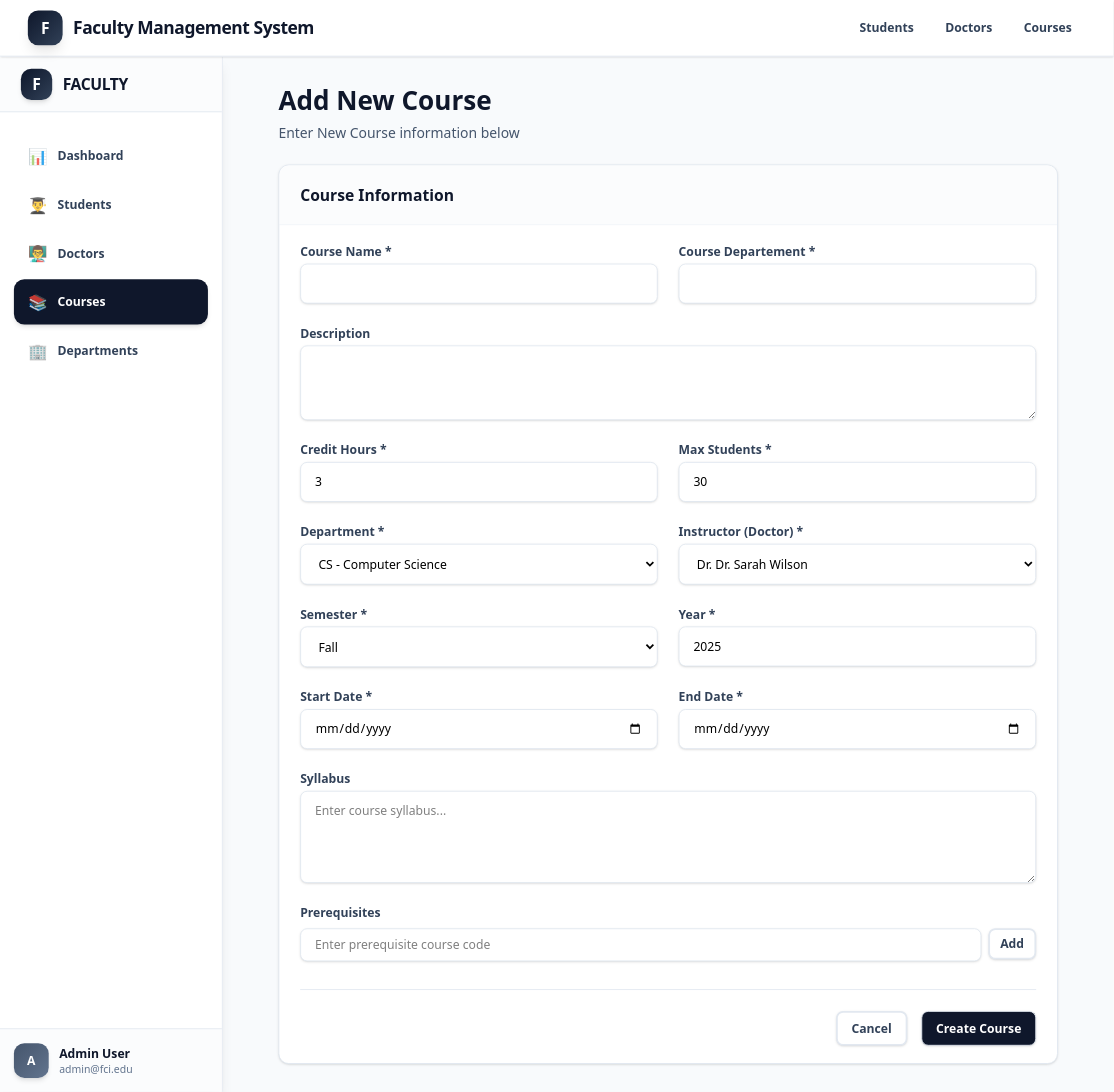
Repository: Mohamedmohsen179/Advanced-DB-Task
Page: /courses/new (app in frontend/)
The author's editor kept a copy of each file at every save. The page is drawn from the files as they stood at one save, then again after the next save.
The browser window is 1280 px wide. The pictures show the whole page, at 87% of full size.
The project was rebuilt for these pictures with package versions that can differ from the ones it lists, and the page was loaded fresh each time. The framework's server and built-in components were replaced by stand-ins that run in the browser. Settings that the repository does not hold, such as keys and server addresses, were given made-up values. Also part of the build but not shown: frontend/next.config.ts.

Above is the page before, as saved 2025-11-29 01:41:20.

### frontend/app/layout.tsx
import type { Metadata } from "next";
import { Geist, Geist_Mono } from "next/font/google";
import "./globals.css";
import MainLayout from "../components/layout/MainLayout";

const geistSans = Geist({
  variable: "--font-geist-sans",
  subsets: ["latin"],
});

const geistMono = Geist_Mono({
  variable: "--font-geist-mono",
  subsets: ["latin"],
});

export const metadata: Metadata = {
  title: "University Management System",
  description: "A comprehensive university management system built with Next.js and TypeScript",
};

export default function RootLayout({
  children,
}: Readonly<{
  children: React.ReactNode;
}>) {
  return (
    <html lang="en">
      <body
        className={`${geistSans.variable} ${geistMono.variable} antialiased`}
      >
        <MainLayout>{children}</MainLayout>
      </body>
    </html>
  );
}

### frontend/app/courses/new/page.tsx
'use client';

import { useState, useEffect } from 'react';
import { useRouter } from 'next/navigation';
import { CreateCourseRequest } from '../../../types';
import { apiService } from '../../../services/api';
import { Card, CardContent, CardHeader } from '../../../components/ui/Card';
import Button from '../../../components/ui/Button';

export default function NewCoursePage() {
  const router = useRouter();
  const [loading, setLoading] = useState(false);
  const [error, setError] = useState<string | null>(null);
  const [departments, setDepartments] = useState<{ id: string; name: string; code: string }[]>([]);
  const [doctors, setDoctors] = useState<{ id: string; firstName: string; lastName: string }[]>([]);

  const [formData, setFormData] = useState<CreateCourseRequest>({
    name: '',
    code: '',
    description: '',
    credits: 3,
    departmentId: '',
    instructorId: '',
    semester: 'fall',
    year: new Date().getFullYear(),
    maxStudents: 30,
    prerequisites: [],
    syllabus: '',
    startDate: '',
    endDate: '',
  });

  const [prerequisiteInput, setPrerequisiteInput] = useState('');

  useEffect(() => {
    loadDepartments();
    loadDoctors();
  }, []);

  const loadDepartments = async () => {
    try {
      const response = await apiService.getDepartments();
      if (response.success && response.data.length > 0) {
        setDepartments(response.data.map(d => ({ id: d.id, name: d.name, code: d.code })));
        if (!formData.departmentId) {
          setFormData(prev => ({ ...prev, departmentId: response.data[0].id }));
        }
      }
    } catch (err) {
      console.error('Error loading departments:', err);
    }
  };

  const loadDoctors = async () => {
    try {
      const response = await apiService.getDoctors();
      if (response.success && response.data.length > 0) {
        setDoctors(response.data.map(d => ({ id: d.id, firstName: d.firstName, lastName: d.lastName })));
        if (!formData.instructorId) {
          setFormData(prev => ({ ...prev, instructorId: response.data[0].id }));
        }
      }
    } catch (err) {
      console.error('Error loading doctors:', err);
    }
  };

  const handleInputChange = (e: React.ChangeEvent<HTMLInputElement | HTMLSelectElement | HTMLTextAreaElement>) => {
    const { name, value } = e.target;
    setFormData(prev => ({
      ...prev,
      [name]: name === 'credits' || name === 'year' || name === 'maxStudents'
        ? parseInt(value) || 0
        : value,
    }));
  };

  const addPrerequisite = () => {
    if (prerequisiteInput.trim()) {
      setFormData(prev => ({
        ...prev,
        prerequisites: [...(prev.prerequisites || []), prerequisiteInput.trim()],
      }));
      setPrerequisiteInput('');
    }
  };

  const removePrerequisite = (index: number) => {
    setFormData(prev => ({
      ...prev,
      prerequisites: prev.prerequisites?.filter((_, i) => i !== index) || [],
    }));
  };

  const handleSubmit = async (e: React.FormEvent) => {
    e.preventDefault();
    setLoading(true);
    setError(null);

    try {
      const response = await apiService.createCourse(formData);

      if (response.success) {
        router.push('/courses');
      } else {
        setError('Failed to create course');
      }
    } catch (err) {
      setError('An error occurred while creating the course');
      console.error('Error creating course:', err);
    } finally {
      setLoading(false);
    }
  };

  return (
    <div className="max-w-4xl mx-auto">
      <div className="mb-6">
        <h1 className="text-3xl font-bold text-slate-900">Add New Course</h1>
        <p className="mt-2 text-base text-slate-600">
          Enter New Course information below
        </p>
      </div>

      {error && (
        <div className="mb-6 bg-red-50 border border-red-200 rounded-md p-4">
          <div className="flex">
            <div className="flex-shrink-0">
              <svg className="h-5 w-5 text-red-400" viewBox="0 0 20 20" fill="currentColor">
                <path fillRule="evenodd" d="M10 18a8 8 0 100-16 8 8 0 000 16zM8.707 7.293a1 1 0 00-1.414 1.414L8.586 10l-1.293 1.293a1 1 0 101.414 1.414L10 11.414l1.293 1.293a1 1 0 001.414-1.414L11.414 10l1.293-1.293a1 1 0 00-1.414-1.414L10 8.586 8.707 7.293z" clipRule="evenodd" />
              </svg>
            </div>
            <div className="ml-3">
              <h3 className="text-sm font-medium text-red-800">Error</h3>
              <div className="mt-2 text-sm text-red-700">
                <p>{error}</p>
              </div>
            </div>
          </div>
        </div>
      )}

      <Card>
        <CardHeader>
          <h2 className="text-lg font-semibold text-slate-900">Course Information</h2>
        </CardHeader>
        <CardContent>
          <form onSubmit={handleSubmit} className="space-y-6">
            <div className="grid grid-cols-1 md:grid-cols-2 gap-6">
              <div>
                <label htmlFor="name" className="block text-sm font-semibold text-slate-700">
                  Course Name *
                </label>
                <input
                  type="text"
                  id="name"
                  name="name"
                  required
                  value={formData.name}
                  onChange={handleInputChange}
                  className="text-black mt-1 block w-full border border-slate-300 rounded-lg px-4 py-3 text-sm focus:outline-none focus:ring-2 focus:ring-slate-500 focus:border-slate-500 transition-all duration-200 bg-white shadow-sm"
                />
              </div>

              <div>
                <label htmlFor="code" className="block text-sm font-semibold text-slate-700">
                  Course Departement *
                </label>
                <input
                  type="text"
                  id="code"
                  name="code"
                  required
                  value={formData.code}
                  onChange={handleInputChange}
                  className="text-black mt-1 block w-full border border-slate-300 rounded-lg px-4 py-3 text-sm focus:outline-none focus:ring-2 focus:ring-slate-500 focus:border-slate-500 transition-all duration-200 bg-white shadow-sm"
                />
              </div>

              <div className="md:col-span-2">
                <label htmlFor="description" className="block text-sm font-semibold text-slate-700">
                  Description
                </label>
                <textarea
                  id="description"
                  name="description"
                  rows={3}
                  value={formData.description}
                  onChange={handleInputChange}
                  className="text-black mt-1 block w-full border border-slate-300 rounded-lg px-4 py-3 text-sm focus:outline-none focus:ring-2 focus:ring-slate-500 focus:border-slate-500 transition-all duration-200 bg-white shadow-sm"
                />
              </div>

              <div>
                <label htmlFor="credits" className="block text-sm font-semibold text-slate-700">
                  Credit Hours *
                </label>
                <input
                  type="number"
                  id="credits"
                  name="credits"
                  required
                  min="1"
                  max="6"
                  value={formData.credits}
                  onChange={handleInputChange}
                  className="text-black mt-1 block w-full border border-slate-300 rounded-lg px-4 py-3 text-sm focus:outline-none focus:ring-2 focus:ring-slate-500 focus:border-slate-500 transition-all duration-200 bg-white shadow-sm"
                />
              </div>

              <div>
                <label htmlFor="maxStudents" className="block text-sm font-semibold text-slate-700">
                  Max Students *
                </label>
                <input
                  type="number"
                  id="maxStudents"
                  name="maxStudents"
                  required
                  min="1"
                  value={formData.maxStudents}
                  onChange={handleInputChange}
                  className="text-black mt-1 block w-full border border-slate-300 rounded-lg px-4 py-3 text-sm focus:outline-none focus:ring-2 focus:ring-slate-500 focus:border-slate-500 transition-all duration-200 bg-white shadow-sm"
                />
              </div>

              <div>
                <label htmlFor="departmentId" className="block text-sm font-semibold text-slate-700">
                  Department *
                </label>
                <select
                  id="departmentId"
                  name="departmentId"
                  required
                  value={formData.departmentId}
                  onChange={handleInputChange}
                  className="text-black mt-1 block w-full border border-slate-300 rounded-lg px-4 py-3 text-sm focus:outline-none focus:ring-2 focus:ring-slate-500 focus:border-slate-500 transition-all duration-200 bg-white shadow-sm"
                >
                  <option value="">Select Department</option>
                  {departments.map(dept => (
                    <option key={dept.id} value={dept.id}>
                      {dept.code} - {dept.name}
                    </option>
                  ))}
                </select>
              </div>

              <div>
                <label htmlFor="instructorId" className="block text-sm font-semibold text-slate-700">
                  Instructor (Doctor) *
                </label>
                <select
                  id="instructorId"
                  name="instructorId"
                  required
                  value={formData.instructorId}
                  onChange={handleInputChange}
                  className="text-black mt-1 block w-full border border-slate-300 rounded-lg px-4 py-3 text-sm focus:outline-none focus:ring-2 focus:ring-slate-500 focus:border-slate-500 transition-all duration-200 bg-white shadow-sm"
                >
                  <option value="">Select Instructor</option>
                  {doctors.map(doctor => (
                    <option key={doctor.id} value={doctor.id}>
                      Dr. {doctor.firstName} {doctor.lastName}
                    </option>
                  ))}
                </select>
              </div>

              <div>
                <label htmlFor="semester" className="block text-sm font-semibold text-slate-700">
                  Semester *
                </label>
                <select
                  id="semester"
                  name="semester"
                  required
                  value={formData.semester}
                  onChange={handleInputChange}
                  className="text-black mt-1 block w-full border border-slate-300 rounded-lg px-4 py-3 text-sm focus:outline-none focus:ring-2 focus:ring-slate-500 focus:border-slate-500 transition-all duration-200 bg-white shadow-sm"
                >
                  <option value="fall">Fall</option>
                  <option value="spring">Spring</option>
                  <option value="summer">Summer</option>
                  <option value="winter">Winter</option>
                </select>
              </div>

              <div>
                <label htmlFor="year" className="block text-sm font-semibold text-slate-700">
                  Year *
                </label>
                <input
                  type="number"
                  id="year"
                  name="year"
                  required
                  min="2020"
                  max="2030"
                  value={formData.year}
                  onChange={handleInputChange}
                  className="text-black mt-1 block w-full border border-slate-300 rounded-lg px-4 py-3 text-sm focus:outline-none focus:ring-2 focus:ring-slate-500 focus:border-slate-500 transition-all duration-200 bg-white shadow-sm"
                />
              </div>

              <div>
                <label htmlFor="startDate" className="block text-sm font-semibold text-slate-700">
                  Start Date *
                </label>
                <input
                  type="date"
                  id="startDate"
                  name="startDate"
                  required
                  value={formData.startDate}
                  onChange={handleInputChange}
                  className="text-black mt-1 block w-full border border-slate-300 rounded-lg px-4 py-3 text-sm focus:outline-none focus:ring-2 focus:ring-slate-500 focus:border-slate-500 transition-all duration-200 bg-white shadow-sm"
                />
              </div>

              <div>
                <label htmlFor="endDate" className="block text-sm font-semibold text-slate-700">
                  End Date *
                </label>
                <input
                  type="date"
                  id="endDate"
                  name="endDate"
                  required
                  value={formData.endDate}
                  onChange={handleInputChange}
                  className="text-black mt-1 block w-full border border-slate-300 rounded-lg px-4 py-3 text-sm focus:outline-none focus:ring-2 focus:ring-slate-500 focus:border-slate-500 transition-all duration-200 bg-white shadow-sm"
                />
              </div>

              <div className="md:col-span-2">
                <label htmlFor="syllabus" className="block text-sm font-semibold text-slate-700">
                  Syllabus
                </label>
                <textarea
                  id="syllabus"
                  name="syllabus"
                  rows={4}
                  value={formData.syllabus}
                  onChange={handleInputChange}
                  className="text-black mt-1 block w-full border border-slate-300 rounded-lg px-4 py-3 text-sm focus:outline-none focus:ring-2 focus:ring-slate-500 focus:border-slate-500 transition-all duration-200 bg-white shadow-sm"
                  placeholder="Enter course syllabus..."
                />
              </div>

              <div className="md:col-span-2">
                <label className="block text-sm font-semibold text-slate-700 mb-2">
                  Prerequisites
                </label>
                <div className="flex gap-2 mb-2">
                  <input
                    type="text"
                    value={prerequisiteInput}
                    onChange={(e) => setPrerequisiteInput(e.target.value)}
                    onKeyPress={(e) => {
                      if (e.key === 'Enter') {
                        e.preventDefault();
                        addPrerequisite();
                      }
                    }}
                    placeholder="Enter prerequisite course code"
                    className="text-black flex-1 border border-slate-300 rounded-lg px-4 py-2 text-sm focus:outline-none focus:ring-2 focus:ring-slate-500 focus:border-slate-500 transition-all duration-200 bg-white shadow-sm"
                  />
                  <Button
                    type="button"
                    onClick={addPrerequisite}
                    variant="outline"
                    size="sm"
                  >
                    Add
                  </Button>
                </div>
                {formData.prerequisites && formData.prerequisites.length > 0 && (
                  <div className="flex flex-wrap gap-2">
                    {formData.prerequisites.map((prereq, index) => (
                      <span
                        key={index}
                        className="inline-flex items-center px-3 py-1 rounded-full text-xs font-medium bg-slate-100 text-slate-800"
                      >
                        {prereq}
                        <button
                          type="button"
                          onClick={() => removePrerequisite(index)}
                          className="ml-2 text-slate-500 hover:text-slate-700"
                        >
                          ×
                        </button>
                      </span>
                    ))}
                  </div>
                )}
              </div>
            </div>

            <div className="flex justify-end space-x-4 pt-6 border-t border-slate-200">
              <Button
                type="button"
                variant="outline"
                onClick={() => router.back()}
              >
                Cancel
              </Button>
              <Button
                type="submit"
                loading={loading}
              >
                Create Course
              </Button>
            </div>
          </form>
        </CardContent>
      </Card>
    </div>
  );
}

Loaded but not shown: frontend/services/api.ts (635 lines, source omitted); frontend/components/layout/Sidebar.tsx (152 lines, source omitted); frontend/components/layout/Navbar.tsx (95 lines, source omitted); frontend/components/ui/Button.tsx (47 lines, source omitted); frontend/components/ui/Card.tsx (83 lines, source omitted); frontend/app/globals.css (89 lines, source omitted); frontend/components/layout/MainLayout.tsx (45 lines, source omitted)

After the next save:
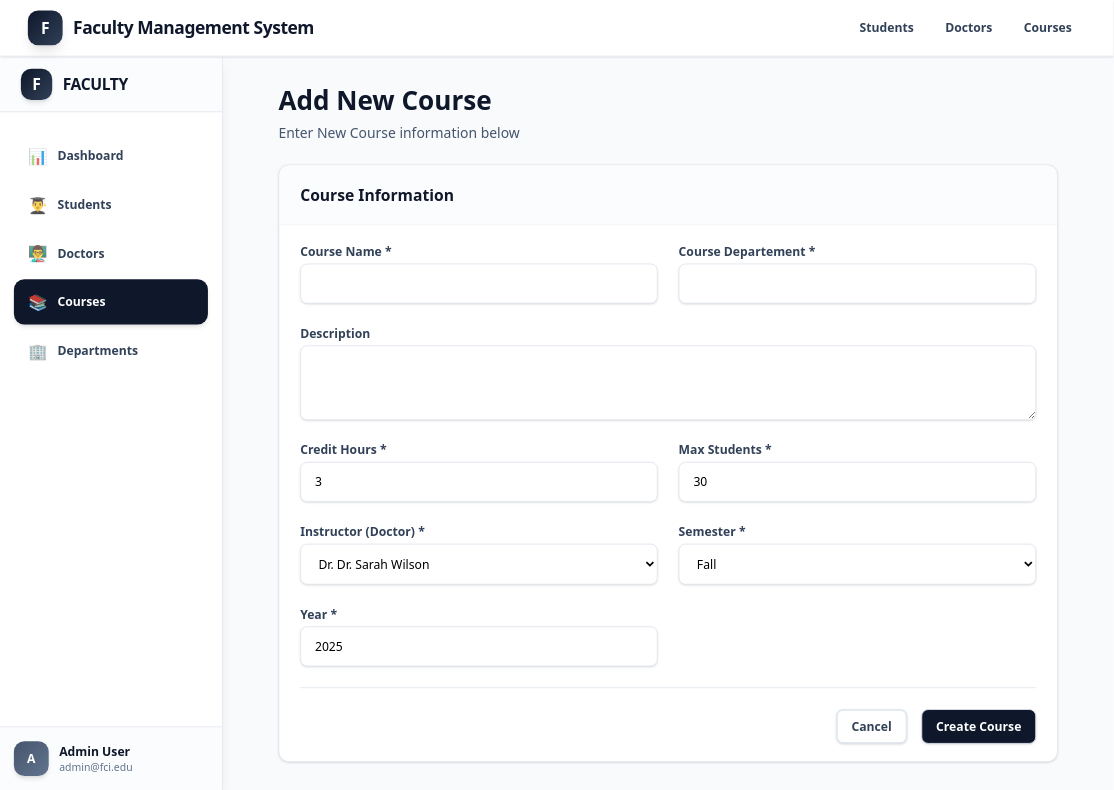
Saved 105 s later.
--- a/frontend/app/courses/new/page.tsx
+++ b/frontend/app/courses/new/page.tsx
@@ -225,27 +225,6 @@ export default function NewCoursePage() {
               </div>
 
               <div>
-                <label htmlFor="departmentId" className="block text-sm font-semibold text-slate-700">
-                  Department *
-                </label>
-                <select
-                  id="departmentId"
-                  name="departmentId"
-                  required
-                  value={formData.departmentId}
-                  onChange={handleInputChange}
-                  className="text-black mt-1 block w-full border border-slate-300 rounded-lg px-4 py-3 text-sm focus:outline-none focus:ring-2 focus:ring-slate-500 focus:border-slate-500 transition-all duration-200 bg-white shadow-sm"
-                >
-                  <option value="">Select Department</option>
-                  {departments.map(dept => (
-                    <option key={dept.id} value={dept.id}>
-                      {dept.code} - {dept.name}
-                    </option>
-                  ))}
-                </select>
-              </div>
-
-              <div>
                 <label htmlFor="instructorId" className="block text-sm font-semibold text-slate-700">
                   Instructor (Doctor) *
                 </label>
@@ -302,98 +281,6 @@ export default function NewCoursePage() {
                 />
               </div>
 
-              <div>
-                <label htmlFor="startDate" className="block text-sm font-semibold text-slate-700">
-                  Start Date *
-                </label>
-                <input
-                  type="date"
-                  id="startDate"
-                  name="startDate"
-                  required
-                  value={formData.startDate}
-                  onChange={handleInputChange}
-                  className="text-black mt-1 block w-full border border-slate-300 rounded-lg px-4 py-3 text-sm focus:outline-none focus:ring-2 focus:ring-slate-500 focus:border-slate-500 transition-all duration-200 bg-white shadow-sm"
-                />
-              </div>
-
-              <div>
-                <label htmlFor="endDate" className="block text-sm font-semibold text-slate-700">
-                  End Date *
-                </label>
-                <input
-                  type="date"
-                  id="endDate"
-                  name="endDate"
-                  required
-                  value={formData.endDate}
-                  onChange={handleInputChange}
-                  className="text-black mt-1 block w-full border border-slate-300 rounded-lg px-4 py-3 text-sm focus:outline-none focus:ring-2 focus:ring-slate-500 focus:border-slate-500 transition-all duration-200 bg-white shadow-sm"
-                />
-              </div>
-
-              <div className="md:col-span-2">
-                <label htmlFor="syllabus" className="block text-sm font-semibold text-slate-700">
-                  Syllabus
-                </label>
-                <textarea
-                  id="syllabus"
-                  name="syllabus"
-                  rows={4}
-                  value={formData.syllabus}
-                  onChange={handleInputChange}
-                  className="text-black mt-1 block w-full border border-slate-300 rounded-lg px-4 py-3 text-sm focus:outline-none focus:ring-2 focus:ring-slate-500 focus:border-slate-500 transition-all duration-200 bg-white shadow-sm"
-                  placeholder="Enter course syllabus..."
-                />
-              </div>
-
-              <div className="md:col-span-2">
-                <label className="block text-sm font-semibold text-slate-700 mb-2">
-                  Prerequisites
-                </label>
-                <div className="flex gap-2 mb-2">
-                  <input
-                    type="text"
-                    value={prerequisiteInput}
-                    onChange={(e) => setPrerequisiteInput(e.target.value)}
-                    onKeyPress={(e) => {
-                      if (e.key === 'Enter') {
-                        e.preventDefault();
-                        addPrerequisite();
-                      }
-                    }}
-                    placeholder="Enter prerequisite course code"
-                    className="text-black flex-1 border border-slate-300 rounded-lg px-4 py-2 text-sm focus:outline-none focus:ring-2 focus:ring-slate-500 focus:border-slate-500 transition-all duration-200 bg-white shadow-sm"
-                  />
-                  <Button
-                    type="button"
-                    onClick={addPrerequisite}
-                    variant="outline"
-                    size="sm"
-                  >
-                    Add
-                  </Button>
-                </div>
-                {formData.prerequisites && formData.prerequisites.length > 0 && (
-                  <div className="flex flex-wrap gap-2">
-                    {formData.prerequisites.map((prereq, index) => (
-                      <span
-                        key={index}
-                        className="inline-flex items-center px-3 py-1 rounded-full text-xs font-medium bg-slate-100 text-slate-800"
-                      >
-                        {prereq}
-                        <button
-                          type="button"
-                          onClick={() => removePrerequisite(index)}
-                          className="ml-2 text-slate-500 hover:text-slate-700"
-                        >
-                          ×
-                        </button>
-                      </span>
-                    ))}
-                  </div>
-                )}
-              </div>
             </div>
 
             <div className="flex justify-end space-x-4 pt-6 border-t border-slate-200">
